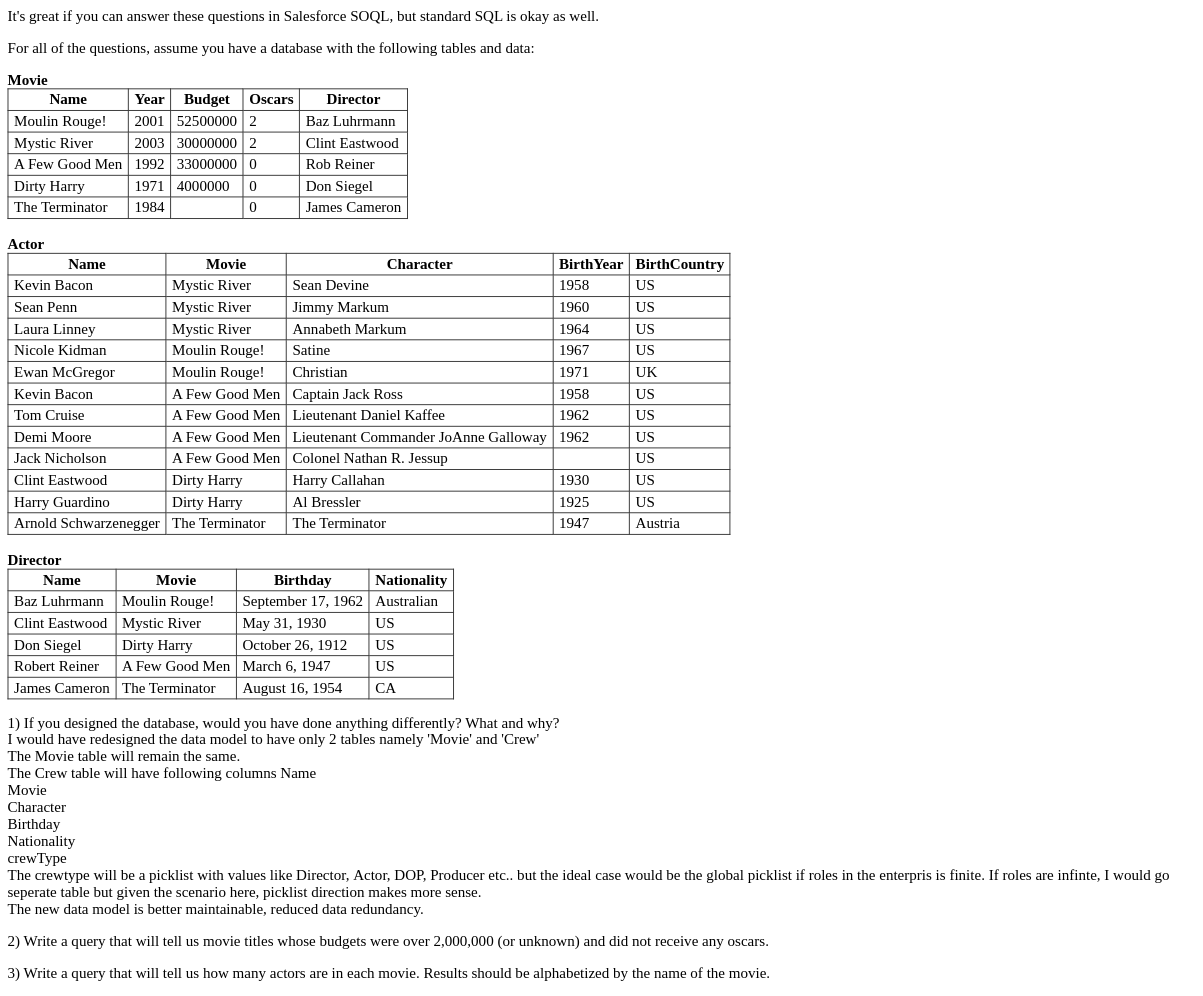
Repository: akhil33/AFFRM
Page: AFFIRM-NON-SFDC/Database.html
An editor plug-in stored every save of this project. The page is shown before and after the next save, followed by the edit.
The browser window is 1280 px wide. The pictures show the whole page, at 94% of full size.

Above is the page before, as saved 2022-04-07 16:24:36.

After the next save:
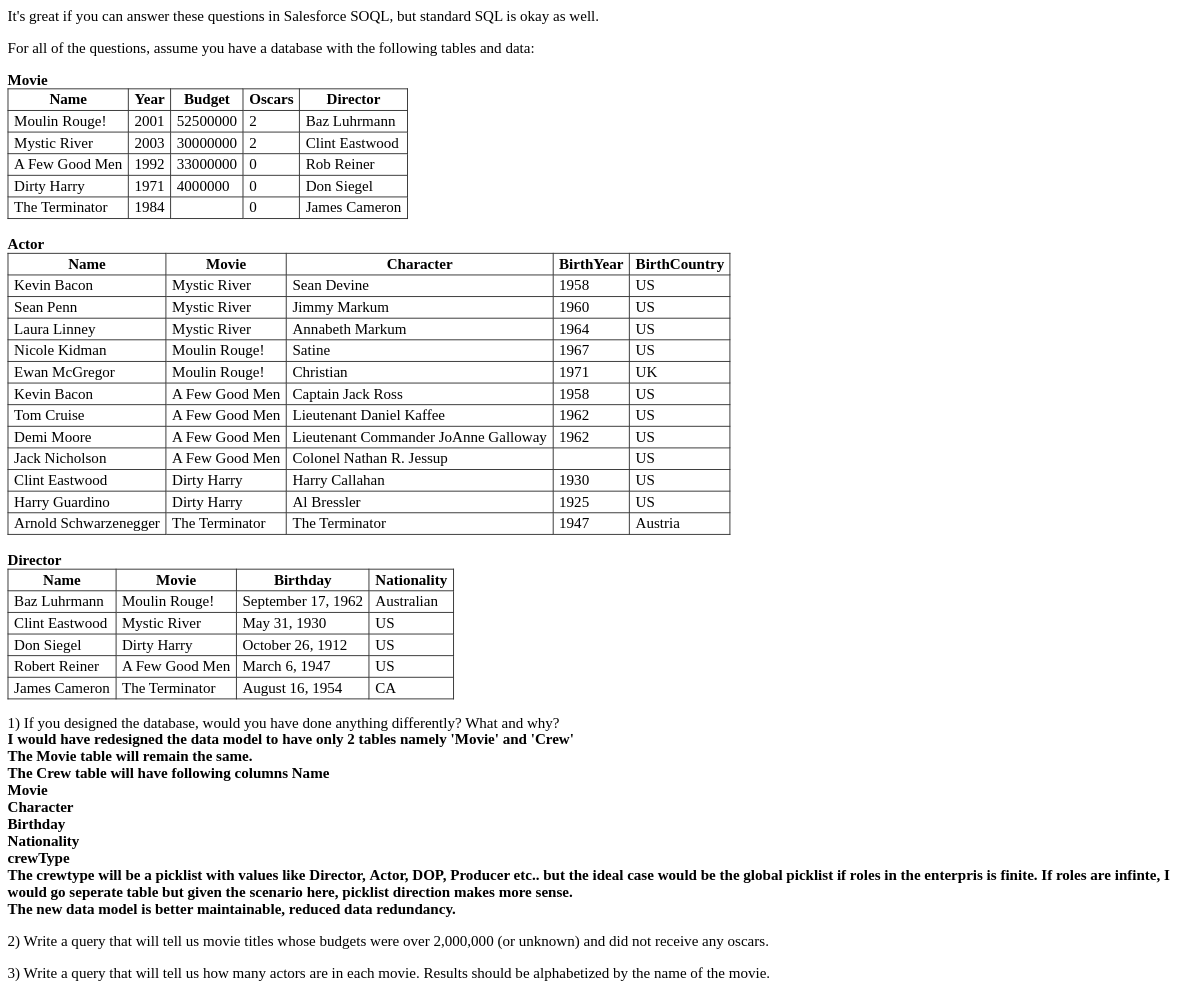
Saved 35 s later.
--- a/AFFIRM-NON-SFDC/Database.html
+++ b/AFFIRM-NON-SFDC/Database.html
@@ -196,7 +196,7 @@
 
 
 		<p>1) If you designed the database, would you have done anything differently? What and why?
-			<br>
+			<strong><br>
 			I would have redesigned the data model to have only 2 tables namely 'Movie' and 'Crew'
 			<br>
 			The Movie table will remain the same.
@@ -211,7 +211,7 @@
 			The crewtype will be a picklist with values like Director,&nbspActor,&nbspDOP,&nbspProducer etc.. but the ideal case would be the global picklist if roles in the enterpris is finite. If roles are infinte, I would go seperate table but
 			given the scenario here, picklist direction makes more sense. <br>
 
-			The new data model is better maintainable, reduced data redundancy.
+			The new data model is better maintainable, reduced data redundancy.</strong>
 
 		<p>2) Write a query that will tell us movie titles whose budgets were over 2,000,000 (or unknown) and did not receive any oscars.
 
